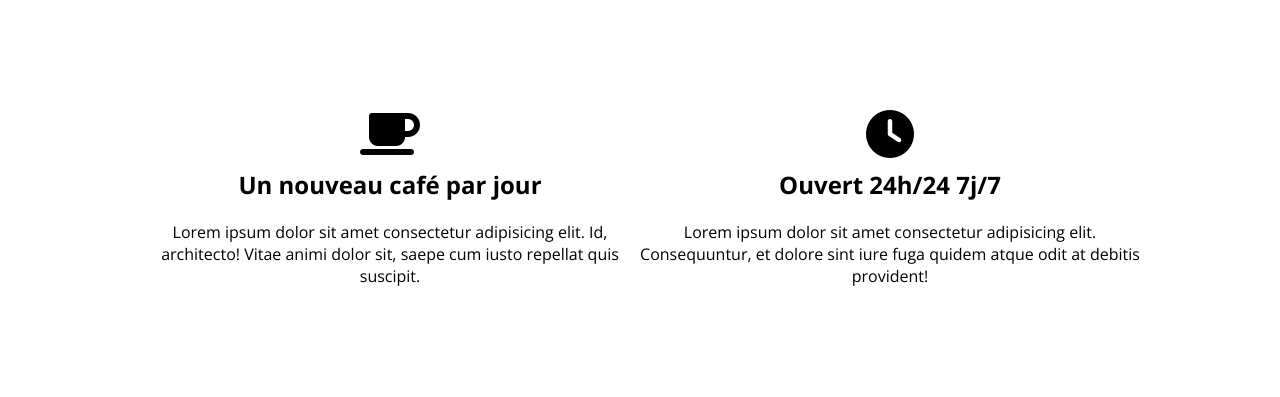
Repository: Hiliyeh/static-coffee
Page: index.html
The author's editor kept a copy of each file at every save. The page is drawn from the files as they stood at one save, then again after the next save.
The browser window is 1280 px wide. The pictures show the part of the page from y = 767 to 1352 px (the page is 1164 px tall before and 1352 px after).
Some web libraries are served in a nearby version.

Above is the page before, as saved 2020-05-02 18:51:24.

After the next save:
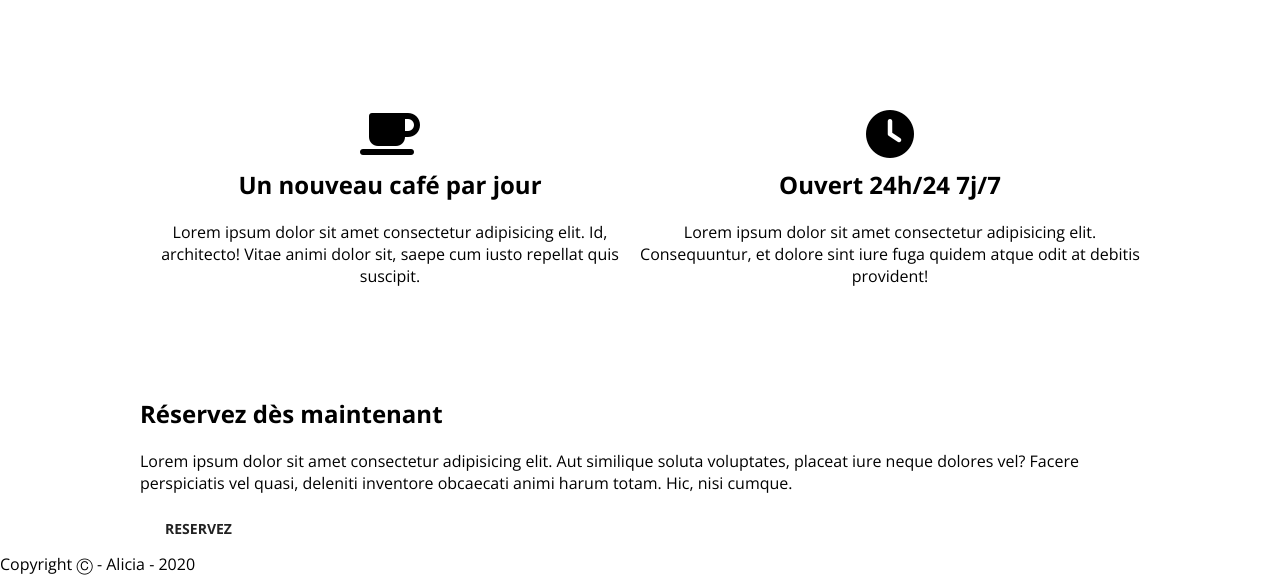
Saved 7 min 43 s later.
--- a/index.html
+++ b/index.html
@@ -61,5 +61,21 @@
         </div>
       </div>
     </section>
+    <div class="person"></div>
+    <section class="reservation">
+      <div class="container">
+        <h2>Réservez dès maintenant</h2>
+        <p>
+          Lorem ipsum dolor sit amet consectetur adipisicing elit. Aut similique
+          soluta voluptates, placeat iure neque dolores vel? Facere perspiciatis
+          vel quasi, deleniti inventore obcaecati animi harum totam. Hic, nisi
+          cumque.
+        </p>
+        <a href="./contact.html" class="btn btn-dark my-20">RESERVEZ</a>
+      </div>
+    </section>
+    <footer>
+      <p>Copyright &#9400; - Alicia - 2020</p>
+    </footer>
   </body>
 </html>
